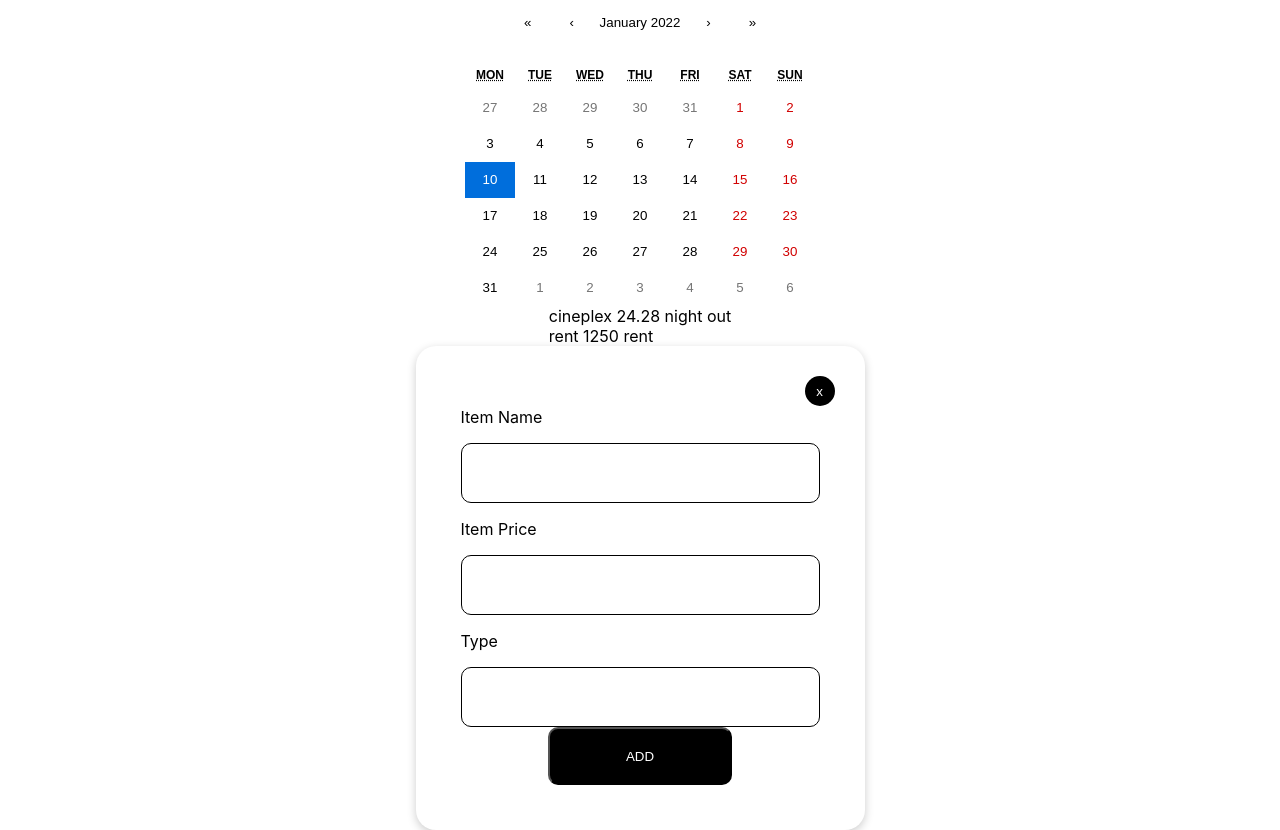
Repository: julianm09/expense-tracker
Page: /
These files come from the project's save history. The page is drawn as it stood at one moment and after the next save; the edit follows.
The browser window is 1280 px wide. The pictures show the whole page.
The project was rebuilt for these pictures with package versions that can differ from the ones it lists, and the page was loaded fresh each time. The framework's server and built-in components were replaced by stand-ins that run in the browser. Also part of the build but not shown: next.config.js.

Above is the page before, as saved 2022-01-10 15:08:03.

### pages/_document.js
import Document, { Html, Head, Main, NextScript } from "next/document";
import { ServerStyleSheet } from "styled-components";

class MyDocument extends Document {
  static async getInitialProps(ctx) {
    const sheet = new ServerStyleSheet();
    const originalRenderPage = ctx.renderPage;

    try {
      ctx.renderPage = () =>
        originalRenderPage({
          enhanceApp: (App) => (props) =>
            sheet.collectStyles(<App {...props} />),
        });

      const initialProps = await Document.getInitialProps(ctx);
      return {
        ...initialProps,
        styles: (
          <>
            {initialProps.styles}
            {sheet.getStyleElement()}
          </>
        ),
      };
    } finally {
      sheet.seal();
    }
  }
}



export default MyDocument;

### pages/index.js
import { useState, useEffect } from "react";
import styled from "styled-components";
import MyCalender from "../comps/Calender";
import "react-calendar/dist/Calendar.css";
import DisplayExpense from "../comps/DisplayExpense";
import PopUp from "../comps/popup";

const Cont = styled.div`
  display: flex;
  justify-content: center;
  align-items: center;
  width: 100%;
  flex-direction: column;
`;

export default function Home() {
  const [date, setDate] = useState("");

  const [expenses, setExpenses] = useState({
    "2022-01-08": [
      { name: "save on foods", price: 101.22, type: "groceries" },
      { name: "shell", price: 55.21, type: "gasoline" },
    ],
    "2022-01-09": [
      { name: "earls", price: 150.45, type: "dining" },
      { name: "starbucks", price: 5.24, type: "coffee" },
    ],
    "2022-01-10": [
      { name: "cineplex", price: 24.28, type: "night out" },
      { name: "rent", price: 1250, type: "rent" },
    ],
  });

  return (
    <Cont>
      <MyCalender date={date} setDate={setDate} />
      <DisplayExpense expenses={expenses} date={date} />
      <PopUp />
    </Cont>
  );
}

### comps/Calender.js
import { useState, useEffect } from "react";
import styled from "styled-components";
import Calendar from "react-calendar";
import "react-calendar/dist/Calendar.css";

const CalenderUI = styled(Calendar)`
  display: flex;
  flex-direction: column;
  justify-content: center;
  align-items: center;
  border: none;
`;

export default function MyCalender({ date, setDate }) {
  const [value, onChange] = useState(new Date());

  function convert(str) {
    var date = new Date(str),
      mnth = ("0" + (date.getMonth() + 1)).slice(-2),
      day = ("0" + date.getDate()).slice(-2);
    return [date.getFullYear(), mnth, day].join("-");
  }

  useEffect(() => {
    setDate(convert(value));
  }, [value]);

  return (
    <div>
      <CalenderUI onChange={onChange} value={value} />
    </div>
  );
}

### comps/DisplayExpense.js
import { useState, useEffect } from "react";
import styled from "styled-components";

const Cont = styled.div`
  display: flex;
  flex-direction: column;
`;

export default function DisplayExpense({ expenses, date }) {
  console.log(expenses);

  return (
    <Cont>
      {expenses[date]
        ? expenses[date].map((expense) => (
            <div key={expense.name}>
              {expense.name + " " + expense.price + " " + expense.type}
            </div>
          ))
        : ""}
    </Cont>
  );
}

### comps/popup.js
import { useState, useEffect } from "react";
import styled from "styled-components";

const Cont = styled.div`
  display: flex;
  flex-direction: column;

  align-items: center;
  min-width: 442px;
  min-height: 472px;
  padding: 45px;
  background-color: #fff;
  border-radius: 20px;
  box-shadow: 0 3px 10px rgb(0 0 0 / 0.2);
  position: relative;
`;
const XButton = styled.button`
  position: absolute;
  top: 30px;
  right: 30px;
  border: none;
  border-radius: 20px;
  background-color: #000;
  width: 30px;
  height: 30px;
  color: #fff;
`;

const TextCont = styled.div`
  width: 359px;
  display: flex;
  justify-content: flex-start;

  flex-direction: column;
`;

const Box = styled.input`
  width: 359px;
  height: 60px;
  border: 0.5px solid #000;
  border-radius: 10px;
`;

const Title = styled.p``;
const TopDiv = styled.div``;

const BottomDiv = styled.div`
  width: 359px;
  display: flex;
  justify-content: center;
  align-items: center;

  flex-direction: column;
`;
const AddButton = styled.button`
  width: 184px;
  height: 58px;
  background-color: #000;
  color: #fff;
  border-radius: 10px;
`;
export default function PopUp() {
  return (
    <Cont>
      <XButton>x</XButton>
      <TopDiv>
        <TextCont>
          <Title>Item Name</Title>
          <Box></Box>
        </TextCont>
        <TextCont>
          <Title>Item Price</Title>
          <Box></Box>
        </TextCont>
        <TextCont>
          <Title>Type</Title>
          <Box></Box>
        </TextCont>
        <BottomDiv>
          <AddButton>ADD</AddButton>
        </BottomDiv>
      </TopDiv>
    </Cont>
  );
}

Loaded but not shown: pages/_app.js (common file); styles/globals.css (common file)

After the next save:
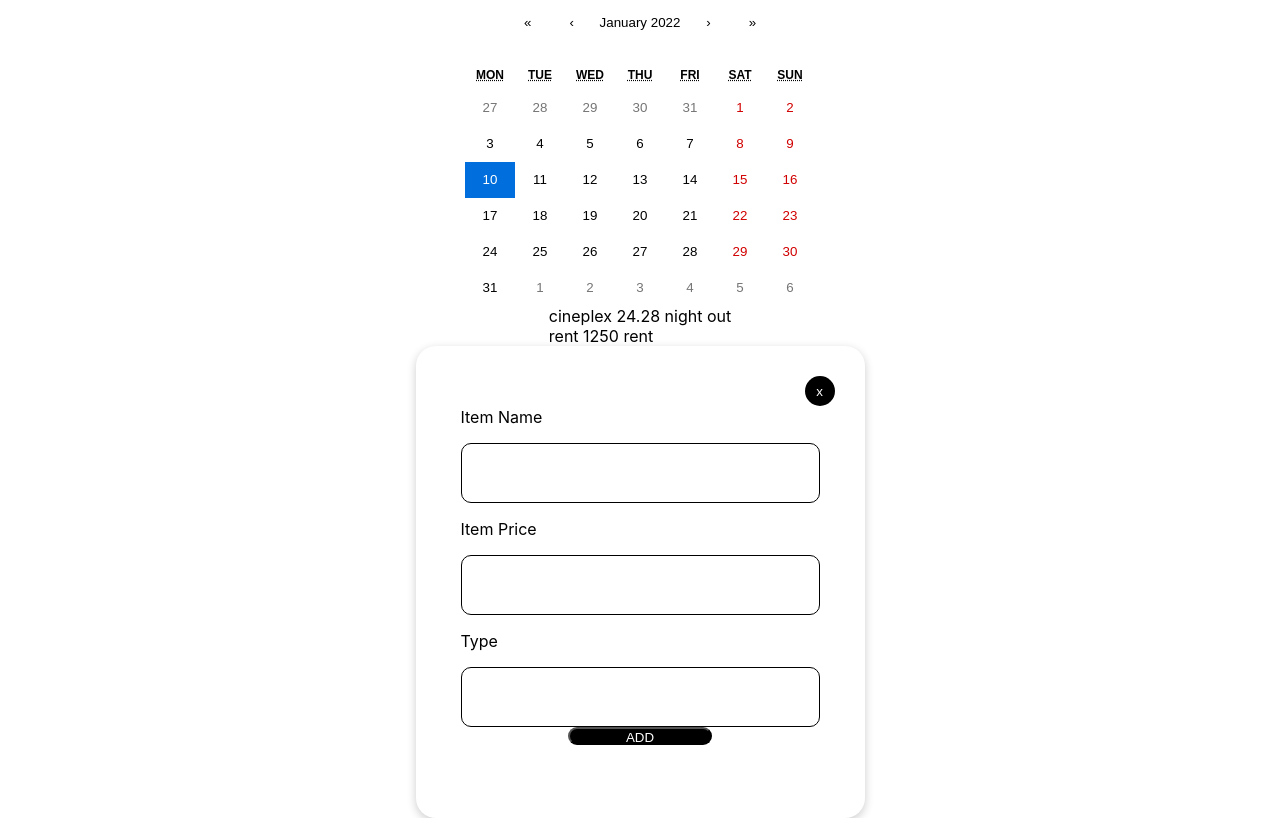
Saved 16 s later.
--- a/comps/popup.js
+++ b/comps/popup.js
@@ -53,8 +53,8 @@ const BottomDiv = styled.div`
   flex-direction: column;
 `;
 const AddButton = styled.button`
-  width: 184px;
-  height: 58px;
+  width: 144px;
+  height: 18px;
   background-color: #000;
   color: #fff;
   border-radius: 10px;
